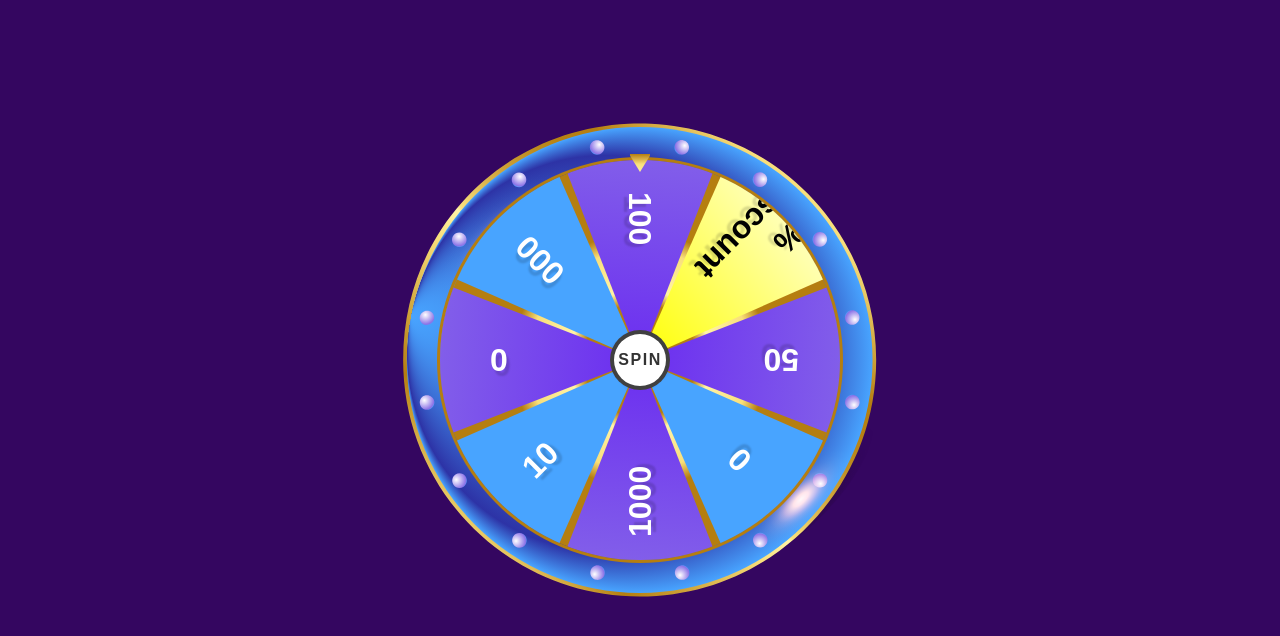
Repository: Jacques-Jaki-Morkel/FundedMarketplace_WheelofFortune
Page: index.html
An editor plug-in stored every save of this project. The page is shown before and after the next save, followed by the edit.
The browser window is 1280 px wide. The pictures show the whole page.

Above is the page before, as saved 2025-08-14 13:57:06.

After the next save:
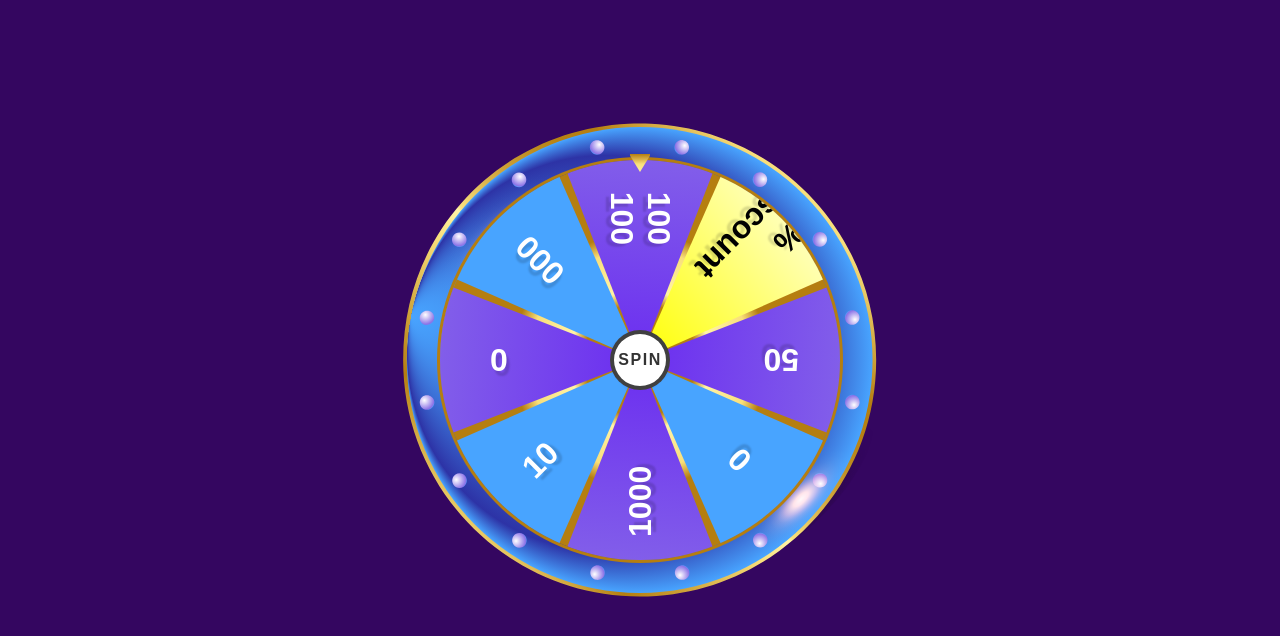
Saved 94 s later.
--- a/index.html
+++ b/index.html
@@ -16,7 +16,7 @@
         <img class="wheel-frame" src="assets/rings.svg" alt="wheel rings">
         <div class="wheel">
             <div class="number" style=" --i:1 ;">
-                <span>100</span>
+                <span><div>100</div>100</span>
             </div>
             <div class="number" style=" --i:2 ;--clr2: linear-gradient(var(--angle), white, yellow);">
                 <span class="ulitmatePrize">90% Discount</span>
